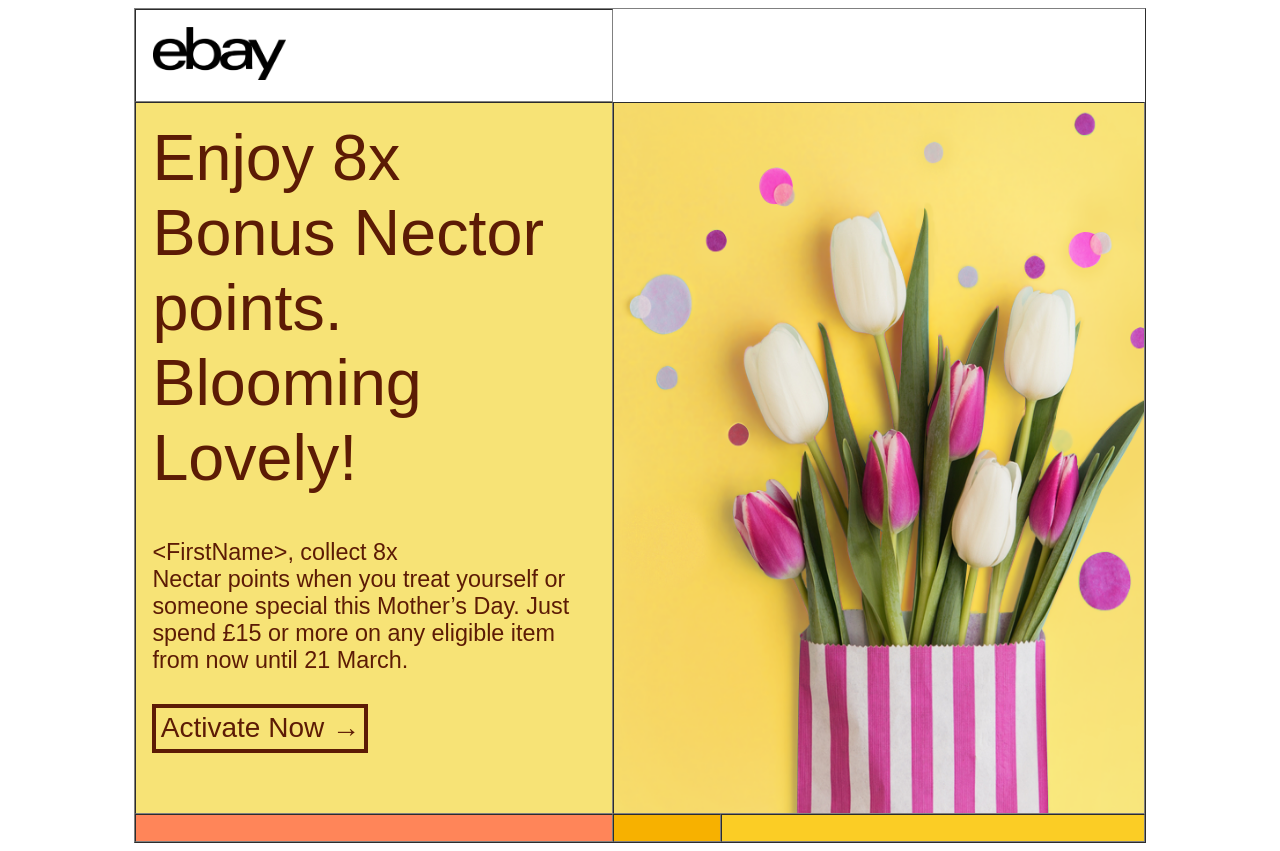
Repository: AnkurDevv/feed-dev-test
Page: index.html
The author's editor kept a copy of each file at every save. The page is drawn from the files as they stood at one save, then again after the next save.
The browser window is 1280 px wide. The pictures show the whole page.

Above is the page before, as saved 2020-03-29 15:38:07.

### index.html
<!DOCTYPE html>
<!--[if lt IE 7]>      <html class="no-js lt-ie9 lt-ie8 lt-ie7"> <![endif]-->
<!--[if IE 7]>         <html class="no-js lt-ie9 lt-ie8"> <![endif]-->
<!--[if IE 8]>         <html class="no-js lt-ie9"> <![endif]-->
<!--[if gt IE 8]><!-->
<html>
<!--<![endif]-->

<head>
  <meta charset="utf-8">
  <meta http-equiv="X-UA-Compatible" content="IE=edge">
  <title></title>
  <meta name="description" content="">
  <meta name="viewport" content="width=device-width, initial-scale=1">
  <link rel="stylesheet" href="./style/index.css">
</head>

<body>
  <table border="1" cellpadding="0" cellspacing="0" height="100%" width="80%" id="bodyTable">

    <!-- HEADER ROW - START  -->
    <tr>
      <td>
        <table cellpadding="5" cellspacing="12" width="100%" align="left" border="0" id="EmailHeader">
          <tr>
            <td valign="middle" id="EmailHeading">
              <img src="img/logo.png" alt="ebay-logo" id="ebay-logo">
            </td>
          </tr>
        </table>
      </td>
    </tr>
    <!-- HEADER ROW - START  -->

    <!-- HERO BODY - START  -->
    <tr cellpadding="4" cellspacing="12" width="100%" border="1" id="HeroBodyWrapper">

      <!-- HERO CONTENT -START -->
      <td id="heroContentWrapper">
        <table cellpadding="4" cellspacing="12" width="100%" align="left" border="0" id="heroContent">
          <!-- HERO MAIN HEADLINE - START -->
          <tr>
            <td id="heroMainHeading">
              Enjoy 8x Bonus Nector points.<br>
              Blooming<br>
              Lovely!
            </td>
          </tr>
          <!-- HERO MAIN HEADLINE - END -->

          <!-- HERO SUB-HEADING - START -->
          <tr>
            <td id="heroSubHeading">
              &lt;FirstName&gt;, collect 8x </br> Nectar points when you treat yourself or someone special this Mother’s
              Day.
              Just
              spend £15 or more on any eligible item from now until 21 March.
            </td>
          </tr>
          <!-- HERO SUB-HEADING - END -->

          <!-- HERO CTA - START -->
          <tr id="heroCTAContainer">
            <td>
              <button id="heroCTA">
                Activate Now <strong>&rarr;</strong>
              </button>
            </td>
          </tr>
          <!-- HERO CTA - END -->
        </table>
      </td>
      <!-- HERO CONTENT - END -->

      <!-- HERO SECTION IMAGE FOR DESKTOP - START -->
      <td id="HeroImageContainer" colspan="2">
      </td>
      <!-- HERO SECTION IMAGE FOR DESKTOP - END -->
    </tr>
    <!-- HERO BODY - END  -->
    <!-- HERO & EVERDAY ESSENTIALS DIVIDER - START -->
    <tr id="RibbionContainer">
      <!-- <td id="RibbionCell" colspan="2"> -->
      <!-- <table id="RibbionTable"> -->
      <!-- <tr> -->
      <!-- Rectangle 1 -->
      <td id="Rectangle1"></td>
      <!-- Rectangle 2 -->
      <td id="Rectangle2"></td>
      <!-- Rectangle 3 -->
      <td id="Rectangle3"></td>
      <!-- </tr> -->
      <!-- </table> -->
      <!-- </td> -->
      <!-- HERO & EVERDAY ESSENTIALS DIVIDER - END -->
    </tr>

    <!-- PRODUCT DESCRIPTION SECTION - START  -->
    <tr id="ProductDescSection">
      <!-- <tr>
      <td id="productDescHeadliner">Everything in one place</td>
    </tr>
    <tr>
      <td id="productDescSubText">Find what you need, right here.</td>
    </tr> -->

    </tr>
    <!-- PRODUCT DESCRIPTION SECTION - END -->

  </table>
  <script src="" async defer></script>
</body>

</html>

### style/index.css
/* HEADER CSS - START */

#bodyTable{
  margin-left: 10%;
  margin-right: 10%;
}

#ebay-logo{
  width: 30%;
}
/* HEADER CSS - END */

/* HERO BODY CSS - START */
#heroContentWrapper{
  background-color: #f7e376;
}

#heroMainHeading{
  color: #5c1b05!important;
  font-size: 404%;
  font-family: sans-serif;
  padding-bottom: 6%;
}

#heroSubHeading{
  color: #5c1b05!important;
  font-family: sans-serif;
  font-size: 146%;
  padding-bottom: 3%;
}

#HeroImageContainer{
  padding: 0;
  width: 49%;
  background-image:url('/img/HeroDesktopBg.png');
  background-size: 100% 100%;
  background-repeat: no-repeat;
}

#HeroDesktopBg{
  width: 100%;
  height: 100%;
  display: block; /*otherwise it wont occupy the whole container*/
}

#HeroMobileBgContainer{
  display: none;
}

#heroMobileBackGround{
  background-image:url('/img/HeroDesktopBg.png');
  background-size: 100% 100%;
  background-repeat: no-repeat;
}

#heroCTA{
  border: 4px solid #5c1b05;
  color: #5c1b05;
  background: #f7e376;
  font-family: sans-serif;
  font-size: 175%;
  padding: 1%;
  margin-bottom: 10%;
}
/* HERO BODY CSS - END */

/* HERO DIVIDER CSS - START */
#dividerContainer{
  height: 45px;
}

 #Rectangle1{
  background-color: #ff8559;
  width: 44%;
  height: 26px;
}
#Rectangle2{
  background-color: #f7b100;
  height: 100%;
  width:10% ;
}
#Rectangle3{
  background-color: #fbcd25;
}

/* HERO DIVIDER CSS - END */

/* MAKING EMAIL RESPONSIVE CSS - START */
@media screen and (max-width: 960px) {
  /* #HeroImageContainer{
    display: none;
  } */
  /* shifting the image for smaller screens here */
  /* #HeroMobileBgContainer{
    display: table-cell;
  } */
  #dividerContainerDesktop{
    display: none;
  }
  #HeroBodyWrapper{
    display: flex;
    flex-direction: column;
  }
  #HeroImageContainer{
    width: 100%;
    height: 221px;
  }
  #dividerForMobile{
    display: table-cell;
  }
}
/* MAKING EMAIL RESPONSIVE CSS - END */

After the next save:
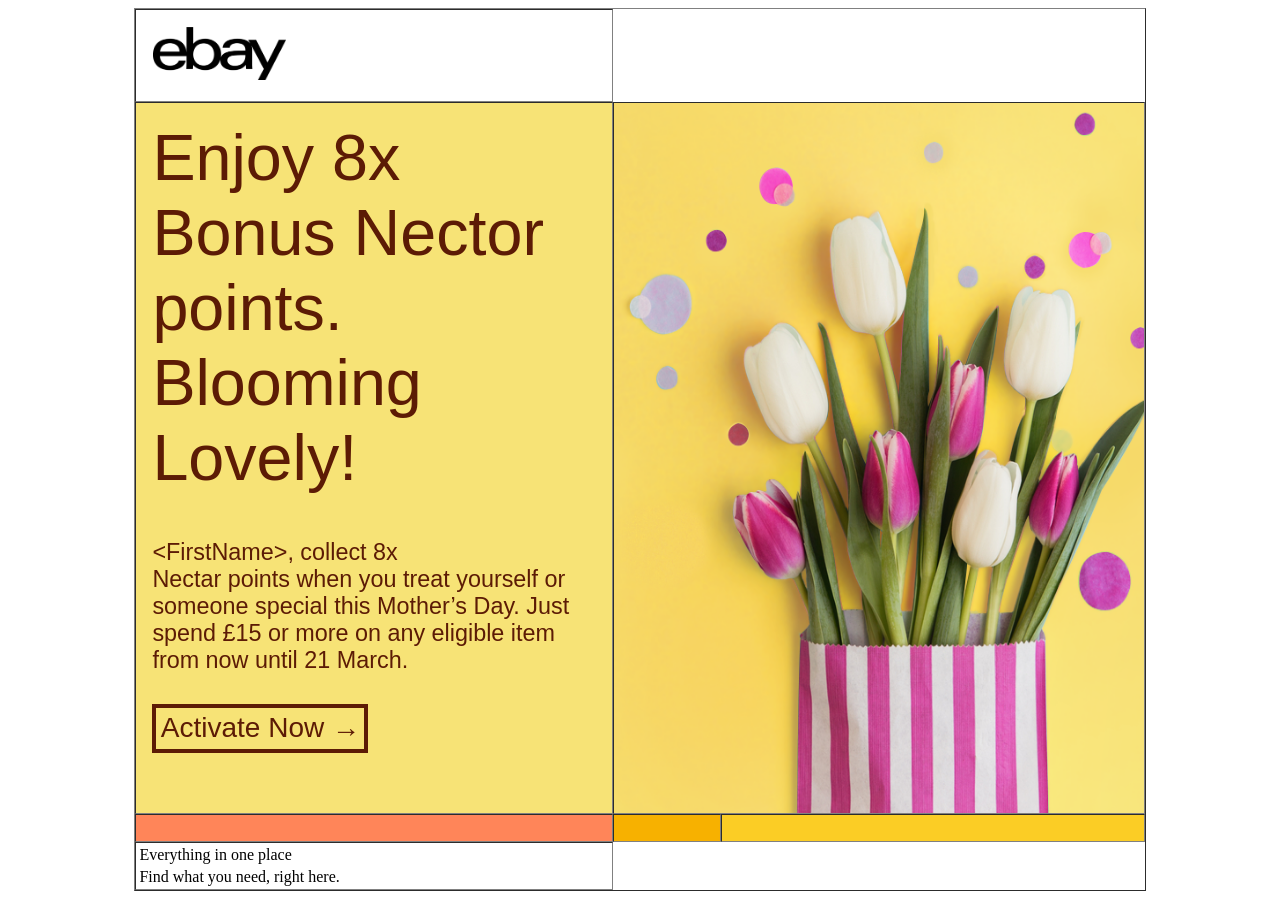
Saved 35 s later.
--- a/index.html
+++ b/index.html
@@ -103,7 +103,16 @@
     <tr>
       <td id="productDescSubText">Find what you need, right here.</td>
     </tr> -->
-
+      <td>
+        <table>
+          <tr>
+            <td id="productDescHeadliner">Everything in one place</td>
+          </tr>
+          <tr>
+            <td id="productDescSubText">Find what you need, right here.</td>
+          </tr>
+        </table>
+      </td>
     </tr>
     <!-- PRODUCT DESCRIPTION SECTION - END -->
 
